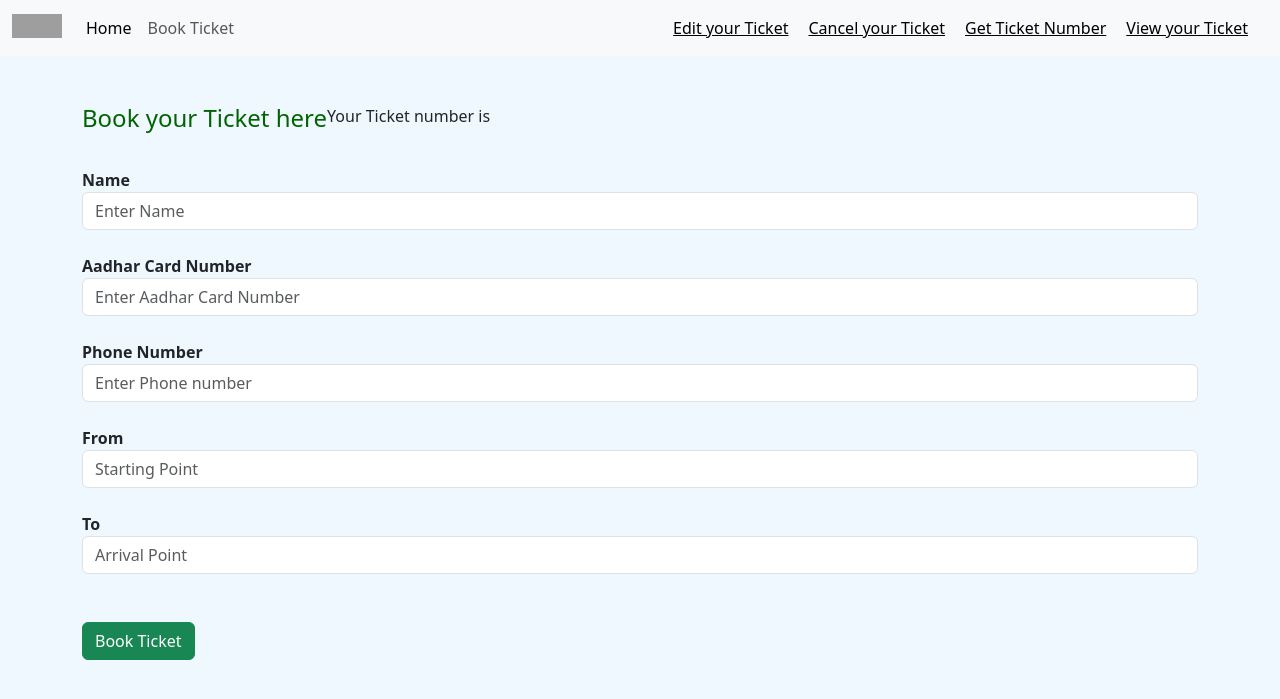
Repository: MayankSardana/Book-My-Ticket
Page: http://localhost/Book
The author's editor kept a copy of each file at every save. The page is drawn from the files as they stood at one save, then again after the next save.
The browser window is 1280 px wide. The pictures show the whole page.
Pictures or frames that could not be fetched are drawn as grey boxes. The page is this project's Thymeleaf template; nobody is signed in. The template is opened directly, without the code that normally fills it, so the values that code supplies are empty.

Above is the page before, as saved 2024-07-02 18:13:46.

### BookMyTicket/src/main/resources/templates/Book.html
<!doctype html>
<html lang="en" xmlns:th="http://www.thymeleaf.org">
  <head>
    <meta charset="utf-8">
    <meta name="viewport" content="width=device-width, initial-scale=1">
    <title>Book Ticket</title>
    <link href="https://cdn.jsdelivr.net/npm/bootstrap@5.3.3/dist/css/bootstrap.min.css" rel="stylesheet" integrity="sha384-QWTKZyjpPEjISv5WaRU9OFeRpok6YctnYmDr5pNlyT2bRjXh0JMhjY6hW+ALEwIH" crossorigin="anonymous">
    <style>
        h2{
            margin-left: 400px;
            font-size:50px;
        }
        label{
            font-weight: bold;
        }

        body{
            background-color:aliceblue;
        }

		.tt{
		          text-decoration:underline;
		          padding:10px;
		          margin-left:450px;
		      }
			.n{
				margin-right:20px;
			}

			.h4{

				color:darkgreen;
			}

			.div{
				display:flex;
			}

    </style>
  </head>
  <body>

	<nav class="navbar navbar-expand-lg bg-body-tertiary">
	        <div class="container-fluid">
	         <a class="navbar-brand" href="#">
	      <img src="https://i.pinimg.com/280x280_RS/84/4b/a1/844ba1cb3439dca10d316e4310721cc6.jpg" alt="Logo" width="50" height="24" class="d-inline-block align-text-top">

	    </a>
	          <button class="navbar-toggler" type="button" data-bs-toggle="collapse" data-bs-target="#navbarText" aria-controls="navbarText" aria-expanded="false" aria-label="Toggle navigation">
	            <span class="navbar-toggler-icon"></span>
	          </button>
	          <div class="collapse navbar-collapse" id="navbarText">
	            <ul class="navbar-nav me-auto mb-2 mb-lg-0">
	              <li class="nav-item">
	                <a class="nav-link active" aria-current="page" href="/">Home</a>
	              </li>
	              <li class="nav-item">
	                <a class="nav-link" href="/book">Book Ticket</a>
	              </li>
	            </ul>
				<span class="n navbar-text">
				     <a href = "/edit">Edit your Ticket</a>
				</span>
				<span class="n navbar-text">
					<a href = "/cancel">Cancel your Ticket</a>
			    </span>
				<span class="n navbar-text">
				   <a href = "/ticket">Get Ticket Number</a>
				</span>
	            <span class="n navbar-text">
	                <a href = "/view">View your Ticket</a>
	            </span>

	          </div>
	        </div>
	      </nav>



    <div class="container mt-5">
		<div class = "div">
			<div class = "div1">
				<h4 class = "h4">Book your Ticket here</h4>
			</div>
			<div class ="div2">
				<p>Your Ticket number is</p>
				<p th:text="${ticket.ticketNumber}"/>
		    </div>
		</div>

		<br/>
        <form action="#" th:action="@{/saveTicket}" th:object="${person}" method="post">
          <div class="form-group">
            <label for="firstName">Name</label>
            <input type="text" th:field="*{name}" class="form-control" id="firstName" placeholder="Enter Name">
          </div>
          <br/>
          <div class="form-group">
            <label for="email">Aadhar Card Number</label>
            <input type="text" th:field="*{aadhaarCard}" class="form-control"  placeholder="Enter Aadhar Card Number">
          </div>
          <br/>
          <div class="form-group">
            <label for="email">Phone Number</label>
            <input type="text" th:field="*{phoneNumber}" class="form-control"  placeholder="Enter Phone number">
          </div>
          <br/>
          <div class="form-group">
            <label for="From">From</label>
            <input type="text" th:field="*{start}" class="form-control" placeholder="Starting Point">
          </div>
          <br/>
          <div class="form-group">
            <label for="To">To</label>
            <input type="text" th:field="*{end}" class="form-control" placeholder="Arrival Point">
          </div>
          <br/>
          <br/>
          <button type="submit" class="btn btn-success">Book Ticket</button>
		  <br/>
		  <br/>
        </form>
      </div>

    <script src="https://cdn.jsdelivr.net/npm/bootstrap@5.3.3/dist/js/bootstrap.bundle.min.js" integrity="sha384-YvpcrYf0tY3lHB60NNkmXc5s9fDVZLESaAA55NDzOxhy9GkcIdslK1eN7N6jIeHz" crossorigin="anonymous"></script>
  </body>
</html>

After the next save:
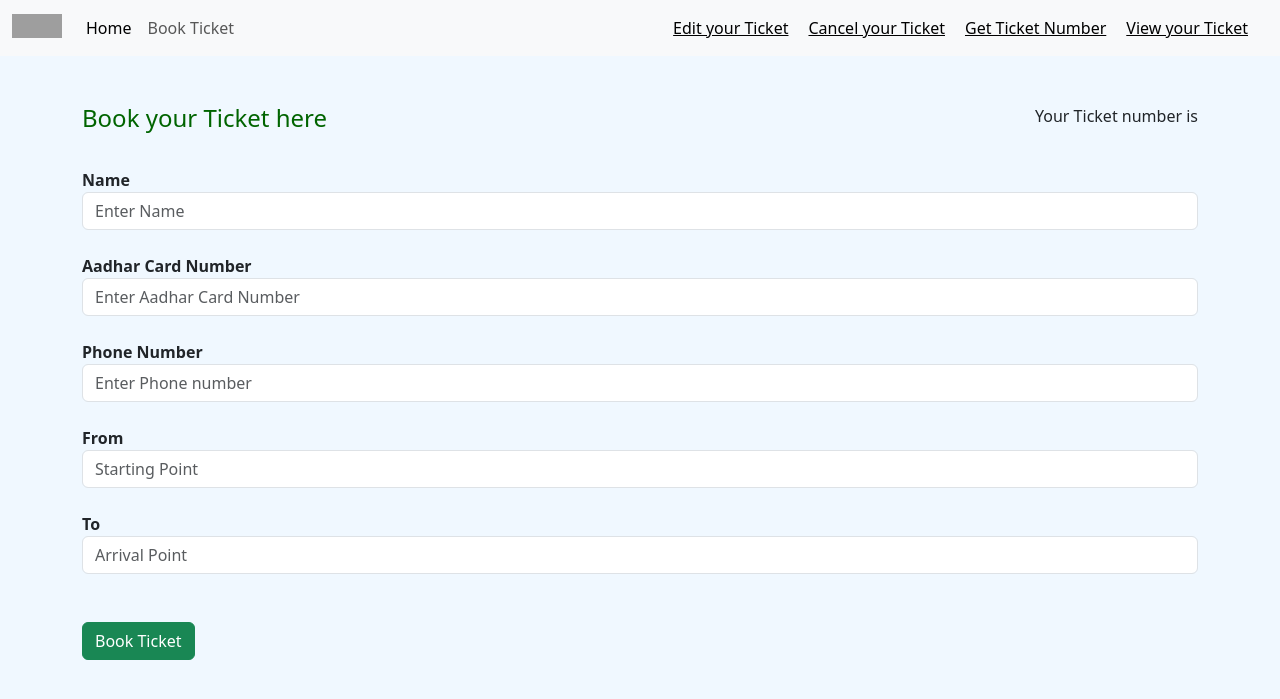
Saved 13 s later.
--- a/BookMyTicket/src/main/resources/templates/Book.html
+++ b/BookMyTicket/src/main/resources/templates/Book.html
@@ -34,6 +34,7 @@
 
 			.div{
 				display:flex;
+				justify-content: space-between;
 			}
 
     </style>
